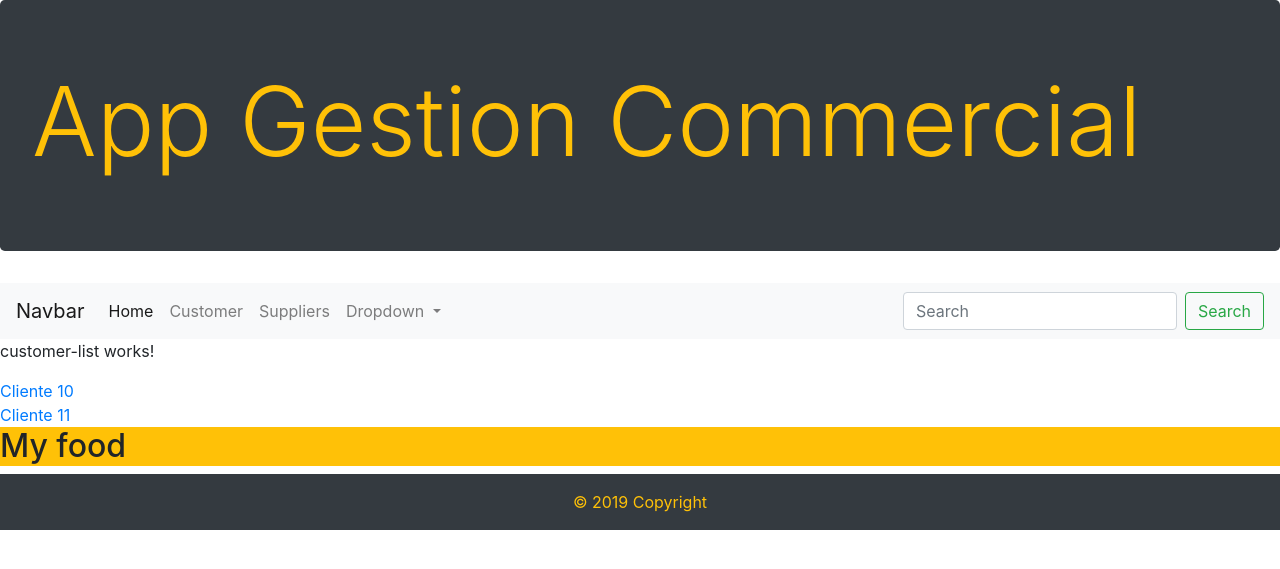
Repository: GiacomoBCN/Angular-pr
Page: /customer (app in gest-comercial/)
These files come from the project's save history. The page is drawn as it stood at one moment and after the next save; the edit follows.
The browser window is 1280 px wide. The pictures show the whole page.
The project was rebuilt for these pictures with package versions that can differ from the ones it lists, and the page was loaded fresh each time. Also part of the build but not shown: gest-comercial/angular.json, gest-comercial/src/app/commons/not-found/not-found.component.ts, gest-comercial/src/app/commons/home/home.component.ts, gest-comercial/src/app/customer/customer-data/customer-data.component.ts, gest-comercial/src/app/suppliers/suppliers-list/suppliers-list.component.ts, gest-comercial/src/app/suppliers/suppliers-request/suppliers-request.component.ts, gest-comercial/src/app/billing/form-suppliers/form-suppliers.component.ts, gest-comercial/src/app/billing/to-customers/to-customers.component.ts.

Above is the page before, as saved 2019-07-02 12:44:52.

### gest-comercial/src/index.html
<!doctype html>
<html lang="en">
<head>
  <meta charset="utf-8">
  <title>GestComercial</title>
  <base href="/">

  <meta name="viewport" content="width=device-width, initial-scale=1">
  <link rel="icon" type="image/x-icon" href="favicon.ico">
</head>
<body>
  <app-root></app-root>
</body>
</html>

### gest-comercial/src/app/app.module.ts
import { BrowserModule } from '@angular/platform-browser';
import { NgModule } from '@angular/core';

import { CommonsModule } from './commons/commons.module';
import { CustomerModule } from './customer/customer.module';
import {SuppliersModule} from './suppliers/suppliers.module';
import {StoringModule} from './storing/storing.module';
import {BillingModule} from './billing/billing.module';

import { AppRoutingModule } from './app-routing.module';
import { AppComponent } from './app.component';
import { from } from 'rxjs';


@NgModule({
  declarations: [
    AppComponent,

  ],
  imports: [
    BrowserModule,
    AppRoutingModule,
    CommonsModule,
    CustomerModule,
SuppliersModule,

    BillingModule,

  ],
  providers: [],
  bootstrap: [AppComponent],

})
export class AppModule { }

### gest-comercial/src/app/commons/commons.module.ts
import { NgModule } from '@angular/core';
import { CommonModule } from '@angular/common';

import { CommonsRoutingModule } from './commons-routing.module';
import { HeaderComponent } from './header/header.component';
import { NavBarComponent } from './nav-bar/nav-bar.component';
import { NotFoundComponent } from './not-found/not-found.component';
import { HomeComponent } from './home/home.component';
import { FooterComponent } from './footer/footer.component';

@NgModule({
  declarations: [HeaderComponent, NavBarComponent, NotFoundComponent, HomeComponent, FooterComponent],
  imports: [
    CommonModule,
    CommonsRoutingModule
  ],
  exports: [HeaderComponent, NavBarComponent, NotFoundComponent, HomeComponent, FooterComponent]
})
export class CommonsModule { }

### gest-comercial/src/app/customer/customer.module.ts
import { NgModule } from '@angular/core';
import { CommonModule } from '@angular/common';

import { CustomerRoutingModule } from './customer-routing.module';
import { CustomerListComponent } from './customer-list/customer-list.component';
import { CustomerDataComponent } from './customer-data/customer-data.component';

@NgModule({
  declarations: [CustomerListComponent, CustomerDataComponent],
  imports: [
    CommonModule,
    CustomerRoutingModule
  ]
})
export class CustomerModule { }

### gest-comercial/src/app/suppliers/suppliers.module.ts
import { NgModule } from '@angular/core';
import { CommonModule } from '@angular/common';

import { SuppliersRoutingModule } from './suppliers-routing.module';
import { SuppliersListComponent } from './suppliers-list/suppliers-list.component';
import { SuppliersRequestComponent } from './suppliers-request/suppliers-request.component';

@NgModule({
  declarations: [SuppliersListComponent, SuppliersRequestComponent],
  imports: [
    CommonModule,
    SuppliersRoutingModule
  ],
  exports: [SuppliersListComponent, SuppliersRequestComponent]
})
export class SuppliersModule { }

### gest-comercial/src/app/billing/billing.module.ts
import { NgModule } from '@angular/core';
import { CommonModule } from '@angular/common';

import { BillingRoutingModule } from './billing-routing.module';
import { FormSuppliersComponent } from './form-suppliers/form-suppliers.component';
import { ToCustomersComponent } from './to-customers/to-customers.component';

@NgModule({
  declarations: [FormSuppliersComponent, ToCustomersComponent],
  imports: [
    CommonModule,
    BillingRoutingModule
  ],
  exports: [FormSuppliersComponent, ToCustomersComponent]
})
export class BillingModule { }

### gest-comercial/src/app/app-routing.module.ts
import { NgModule, Component } from '@angular/core';
import { Routes, RouterModule } from '@angular/router';
import { HomeComponent } from './commons/home/home.component';
import { CustomerListComponent } from './customer/customer-list/customer-list.component';
import { NotFoundComponent } from './commons/not-found/not-found.component';
import { SuppliersListComponent } from './suppliers/suppliers-list/suppliers-list.component';
import { CustomerDataComponent } from './customer/customer-data/customer-data.component';

const routes: Routes = [
{path: ' ', redirectTo: 'Home', pathMatch: 'full'},
{path: 'home', component: HomeComponent},
{path: 'customer', component: CustomerListComponent},

{path: 'customer/:id', component: CustomerDataComponent },

{path: 'suppliers', component: SuppliersListComponent},
{path: 'storing', loadChildren: () => import ('./storing/storing.module').then(mod => mod.StoringModule) },
{path: '**' , component: NotFoundComponent},


];

@NgModule({
  imports: [RouterModule.forRoot(routes)],
  exports: [RouterModule]
})
export class AppRoutingModule { }

### gest-comercial/src/app/app.component.ts
import { Component } from '@angular/core';

@Component({
  selector: 'app-root',
  templateUrl: './app.component.html',
  styleUrls: ['./app.component.scss']
})
export class AppComponent {
  title = 'gest-comercial';
}

### gest-comercial/src/app/commons/commons-routing.module.ts
import { NgModule } from '@angular/core';
import { Routes, RouterModule } from '@angular/router';

const routes: Routes = [];

@NgModule({
  imports: [RouterModule.forChild(routes)],
  exports: [RouterModule]
})
export class CommonsRoutingModule { }

### gest-comercial/src/app/customer/customer-routing.module.ts
import { NgModule } from '@angular/core';
import { Routes, RouterModule } from '@angular/router';

const routes: Routes = [];

@NgModule({
  imports: [RouterModule.forChild(routes)],
  exports: [RouterModule]
})
export class CustomerRoutingModule { }

### gest-comercial/src/app/customer/customer-list/customer-list.component.ts
import { Component, OnInit } from '@angular/core';
import { customers } from '../../shared/data/data';

@Component({
  selector: 'app-customer-list',
  templateUrl: './customer-list.component.html',
  styleUrls: ['./customer-list.component.scss']
})
export class CustomerListComponent implements OnInit {

  constructor() {

  }

  ngOnInit() {
  }

}

### gest-comercial/src/app/suppliers/suppliers-routing.module.ts
import { NgModule } from '@angular/core';
import { Routes, RouterModule } from '@angular/router';

const routes: Routes = [];

@NgModule({
  imports: [RouterModule.forChild(routes)],
  exports: [RouterModule]
})
export class SuppliersRoutingModule { }

### gest-comercial/src/app/billing/billing-routing.module.ts
import { NgModule } from '@angular/core';
import { Routes, RouterModule } from '@angular/router';

const routes: Routes = [];

@NgModule({
  imports: [RouterModule.forChild(routes)],
  exports: [RouterModule]
})
export class BillingRoutingModule { }

### gest-comercial/src/app/app.component.html

<app-header></app-header>
<app-nav-bar></app-nav-bar>
<router-outlet></router-outlet>
<app-footer></app-footer>

### gest-comercial/src/app/commons/header/header.component.html
<div class=" bg-dark jumbotron">
<h1 class="text-warning display-1">App Gestion Commercial</h1>


</div>

### gest-comercial/src/app/commons/nav-bar/nav-bar.component.html


<nav class="navbar navbar-expand-lg navbar-light bg-light">
  <a class="navbar-brand" routerLink='/home'>Navbar</a>
  <button class="navbar-toggler" type="button" data-toggle="collapse" data-target="#navbarSupportedContent" aria-controls="navbarSupportedContent" aria-expanded="false" aria-label="Toggle navigation">
    <span class="navbar-toggler-icon"></span>
  </button>

  <div class="collapse navbar-collapse" id="navbarSupportedContent">
    <ul class="navbar-nav mr-auto">
      <li class="nav-item active">
        <a class="nav-link" routerLink='/home' >Home <span class="sr-only">(current)</span></a>
      </li>
      <li class="nav-item">
        <a class="nav-link" routerLink='/customer'>Customer</a>
      </li>
      <li class="nav-item">
        <a class="nav-link" routerLink='/suppliers'>Suppliers</a>
      </li>
      <li class="nav-item dropdown">
        <a class="nav-link dropdown-toggle"  routerLink='/storing' id="navbarDropdown" role="button" data-toggle="dropdown" aria-haspopup="true" aria-expanded="false">
          Dropdown
        </a>
        <div class="dropdown-menu" aria-labelledby="navbarDropdown">
          <a class="dropdown-item" routerLink='/storing'>Listado</a>
          <a class="dropdown-item" routerLink='/storing/in'>Entrada</a>

          <a class="dropdown-item" routerLink='/storing/out'>Salida</a>
</div>
      </li>




    </ul>
    <form class="form-inline my-2 my-lg-0">
      <input class="form-control mr-sm-2" type="search" placeholder="Search" aria-label="Search">
      <button class="btn btn-outline-success my-2 my-sm-0" type="submit">Search</button>
    </form>
  </div>

### gest-comercial/src/app/commons/footer/footer.component.html
<footer class="bg-dark">
<!-- Footer Links -->

<!-- Copyright -->
<div class=" text-warning footer-copyright text-center py-3">© 2019 Copyright

</div>
<!-- Copyright -->

</footer>

### gest-comercial/src/app/customer/customer-list/customer-list.component.html
<p>customer-list works!</p>
<div>
<a routerLink='../customer/10'>Cliente 10</a>
</div>
<div>
<a routerLink='../customer/11'>Cliente 11</a>
</div>


<div class=" ">
  <h2 class="bg-warning">My food </h2>
  <ul class="foods list-group ">
    <li class=" list-unstyled" *ngFor="let customer of customers" >




    </li>
  </ul>
  </div>

Loaded but not shown: gest-comercial/src/styles.scss (common file); gest-comercial/src/main.ts (common file); gest-comercial/src/environments/environment.ts (common file); gest-comercial/src/app/commons/header/header.component.ts (common file); gest-comercial/src/app/commons/nav-bar/nav-bar.component.ts (common file); gest-comercial/src/app/commons/footer/footer.component.ts (common file); gest-comercial/src/app/app.component.scss (no stored copy; drawn as an empty file); gest-comercial/src/app/commons/footer/footer.component.scss (no stored copy; drawn as an empty file); gest-comercial/src/app/commons/header/header.component.scss (no stored copy; drawn as an empty file); gest-comercial/src/app/commons/nav-bar/nav-bar.component.scss (no stored copy; drawn as an empty file); gest-comercial/src/app/customer/customer-list/customer-list.component.scss (no stored copy; drawn as an empty file)

After the next save:
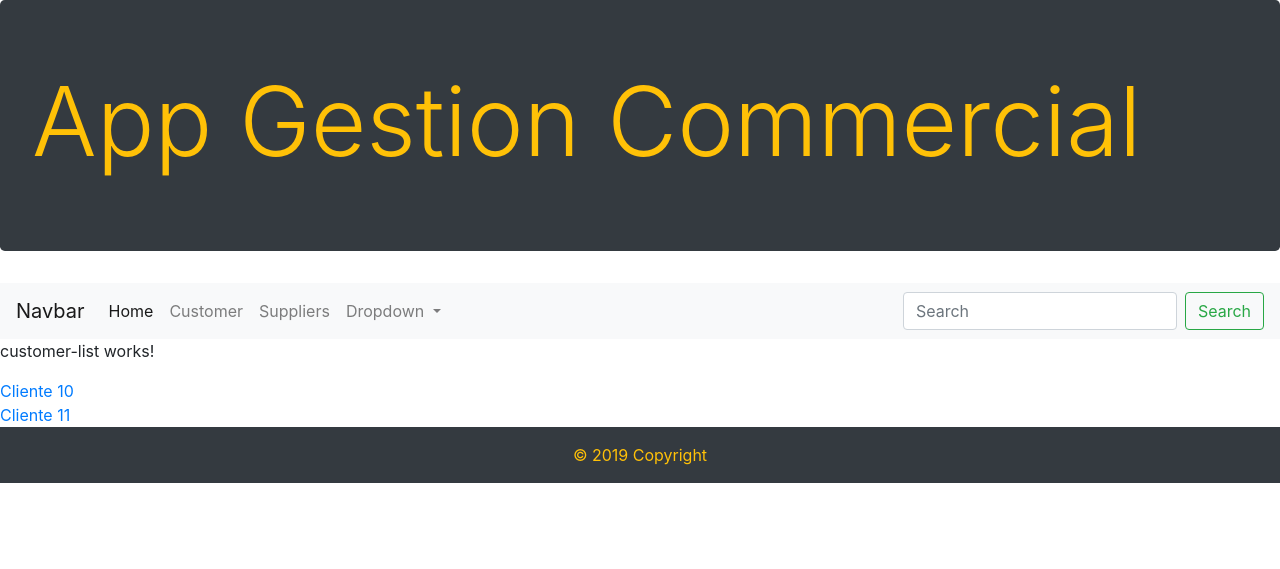
Saved 8 s later.
--- a/gest-comercial/src/app/customer/customer-list/customer-list.component.html
+++ b/gest-comercial/src/app/customer/customer-list/customer-list.component.html
@@ -8,7 +8,7 @@
 
 
 <div class=" ">
-  <h2 class="bg-warning">My food </h2>
+
   <ul class="foods list-group ">
     <li class=" list-unstyled" *ngFor="let customer of customers" >
 
